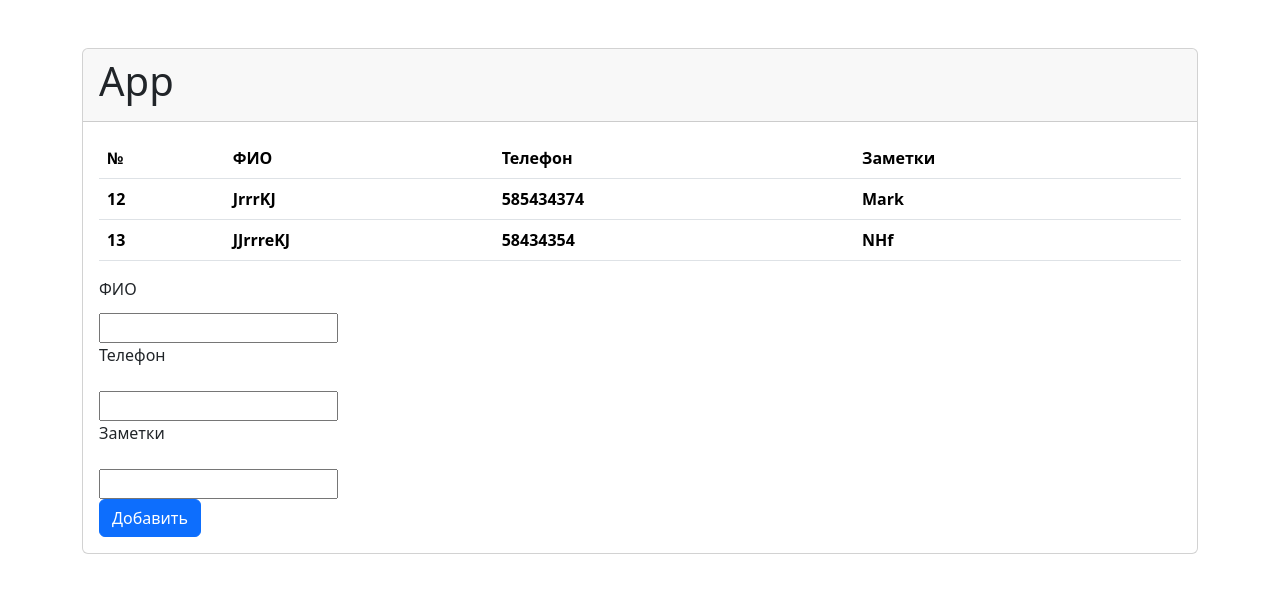
Repository: tatacheba/appstepikjavareact
Page: / (app in client/)
These files come from the project's save history. The page is drawn as it stood at one moment and after the next save; the edit follows.
The browser window is 1280 px wide. The pictures show the whole page.
The project was rebuilt for these pictures with package versions that can differ from the ones it lists, and the page was loaded fresh each time. Also part of the build but not shown: client/src/App.css.

Above is the page before, as saved 2024-11-27 14:38:11.

### client/public/index.html
<!DOCTYPE html>
<html lang="en">
    <head>
        <meta charset="utf-8" />
        <link rel="icon" href="%PUBLIC_URL%/favicon.ico" />
        <meta name="viewport" content="width=device-width, initial-scale=1" />
        <meta name="theme-color" content="#000000" />
        <meta
            name="description"
            content="Web site created using create-react-app"
        />
        <link rel="apple-touch-icon" href="%PUBLIC_URL%/logo192.png" />
        <link
            href="https://cdn.jsdelivr.net/npm/bootstrap@5.3.3/dist/css/bootstrap.min.css"
            rel="stylesheet"
            integrity="sha384-QWTKZyjpPEjISv5WaRU9OFeRpok6YctnYmDr5pNlyT2bRjXh0JMhjY6hW+ALEwIH"
            crossorigin="anonymous"
        />
        <!--
      manifest.json provides metadata used when your web app is installed on a
      user's mobile device or desktop. See https://developers.google.com/web/fundamentals/web-app-manifest/
    -->
        <link rel="manifest" href="%PUBLIC_URL%/manifest.json" />

        <title>App of Stepik</title>
    </head>
    <body>
        <div id="root"></div>
        <script
            src="https://cdn.jsdelivr.net/npm/bootstrap@5.3.3/dist/js/bootstrap.bundle.min.js"
            integrity="sha384-YvpcrYf0tY3lHB60NNkmXc5s9fDVZLESaAA55NDzOxhy9GkcIdslK1eN7N6jIeHz"
            crossorigin="anonymous"
        ></script>
    </body>
</html>

### client/src/index.js
import React from "react";
import ReactDOM from "react-dom/client";
import "./index.css";
import App from "./App";
import "bootstrap/dist/css/bootstrap.min.css";
import "bootstrap/dist/js/bootstrap.bundle.min.js";

const root = ReactDOM.createRoot(document.getElementById("root"));
root.render(
    <React.StrictMode>
        <App />
    </React.StrictMode>
);

### client/src/App.js
import "./App.css";
import TablewView from "./layouts/tableView/TablewView";
import { useState } from "react";
import FormNewItem from "./layouts/formNewItem/FormNewItem";

function App() {
    const [items, setItem] = useState([
        { id: 12, fullName: "JrrrKJ", phone: 585434374, notes: "Mark" },
        { id: 13, fullName: "JJrrreKJ", phone: 58434354, notes: "NHf" },
    ]);

    function appendContact() {
        const contact = {
            id: 15,
            fullName: "ннннн",
            phone: 585444,
            notes: "FFFF",
        };
        items[0].fullName = "Bpvtyt";
        setItem([...items, contact]);
        console.log(items);
    }

    return (
        <div className="container mt-5">
            <div className=" card">
                <div className="card-header">
                    <h1>App</h1>
                </div>
                <div className="card-body">
                    <TablewView data={items} />
                    <div>
                        <FormNewItem appendContact={appendContact} />
                    </div>
                </div>
            </div>
        </div>
    );
}

export default App;

### client/src/layouts/tableView/TablewView.js
import React from "react";
import TableRowItem from "./components/TableRowItem";

const TablewView = (props) => {
    return (
        <table className="table table-hover">
            <thead>
                <tr>
                    <th scope="col">№</th>
                    <th scope="col">ФИО</th>
                    <th scope="col">Телефон</th>
                    <th scope="col">Заметки</th>
                </tr>
            </thead>
            <tbody>
                {props.data.map((item) => (
                    <TableRowItem contact={item} />
                ))}
            </tbody>
        </table>
    );
};
export default TablewView;

### client/src/layouts/formNewItem/FormNewItem.js
import React from "react";

function FormNewItem(props) {
    return (
        <form action="">
            <label className="form-label">ФИО</label>
            <div className="mt-1">
                <input type="text" />
            </div>
            <label className="form-label">Телефон</label>
            <div className="mt-3">
                <input type="textarea" />
            </div>
            <label className="form-label">Заметки</label>
            <div className="mt-3">
                <input type="text" />
            </div>
            <button
                className="btn btn-primary"
                onClick={props.appendContact}
                type="button"
            >
                Добавить
            </button>
        </form>
    );
}

export default FormNewItem;

### client/src/layouts/tableView/components/TableRowItem.js
import React from "react";

const TableRowItem = (props) => {
    return (
        <tr>
            <th scope="row">{props.contact.id}</th>
            <th>{props.contact.fullName}</th>
            <th>{props.contact.phone}</th>
            <th>{props.contact.notes}</th>
        </tr>
    );
};

export default TableRowItem;

Loaded but not shown: client/src/index.css (common file)

After the next save:
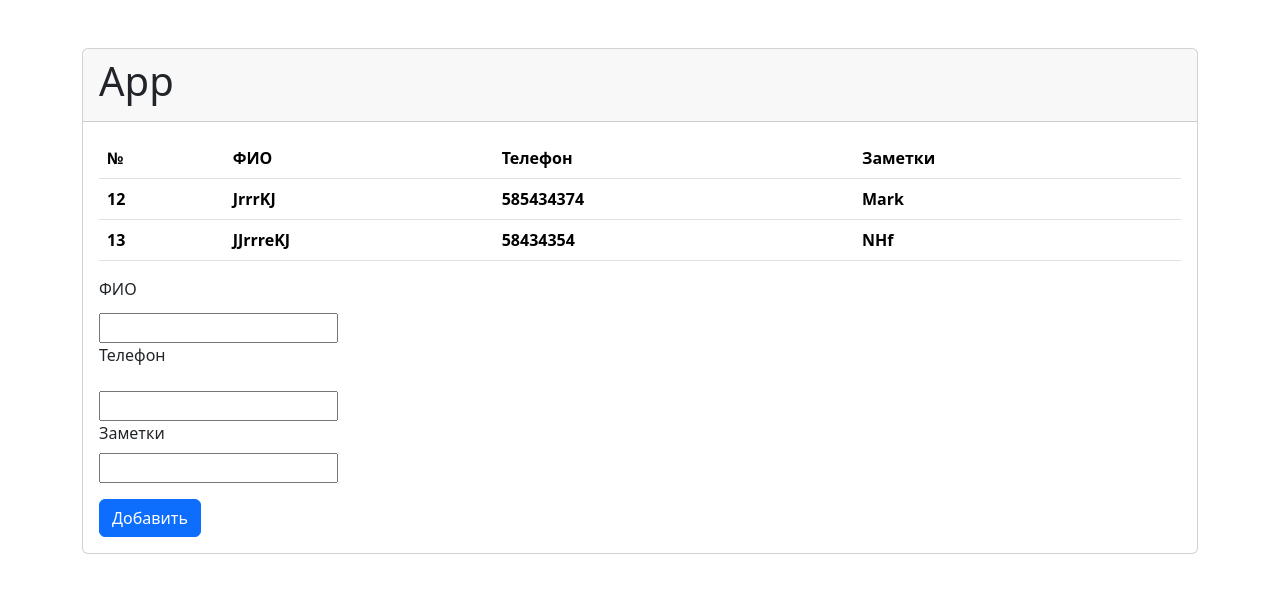
Saved 32 s later.
--- a/client/src/layouts/formNewItem/FormNewItem.js
+++ b/client/src/layouts/formNewItem/FormNewItem.js
@@ -12,7 +12,7 @@ function FormNewItem(props) {
                 <input type="textarea" />
             </div>
             <label className="form-label">Заметки</label>
-            <div className="mt-3">
+            <div className="mb-3">
                 <input type="text" />
             </div>
             <button
